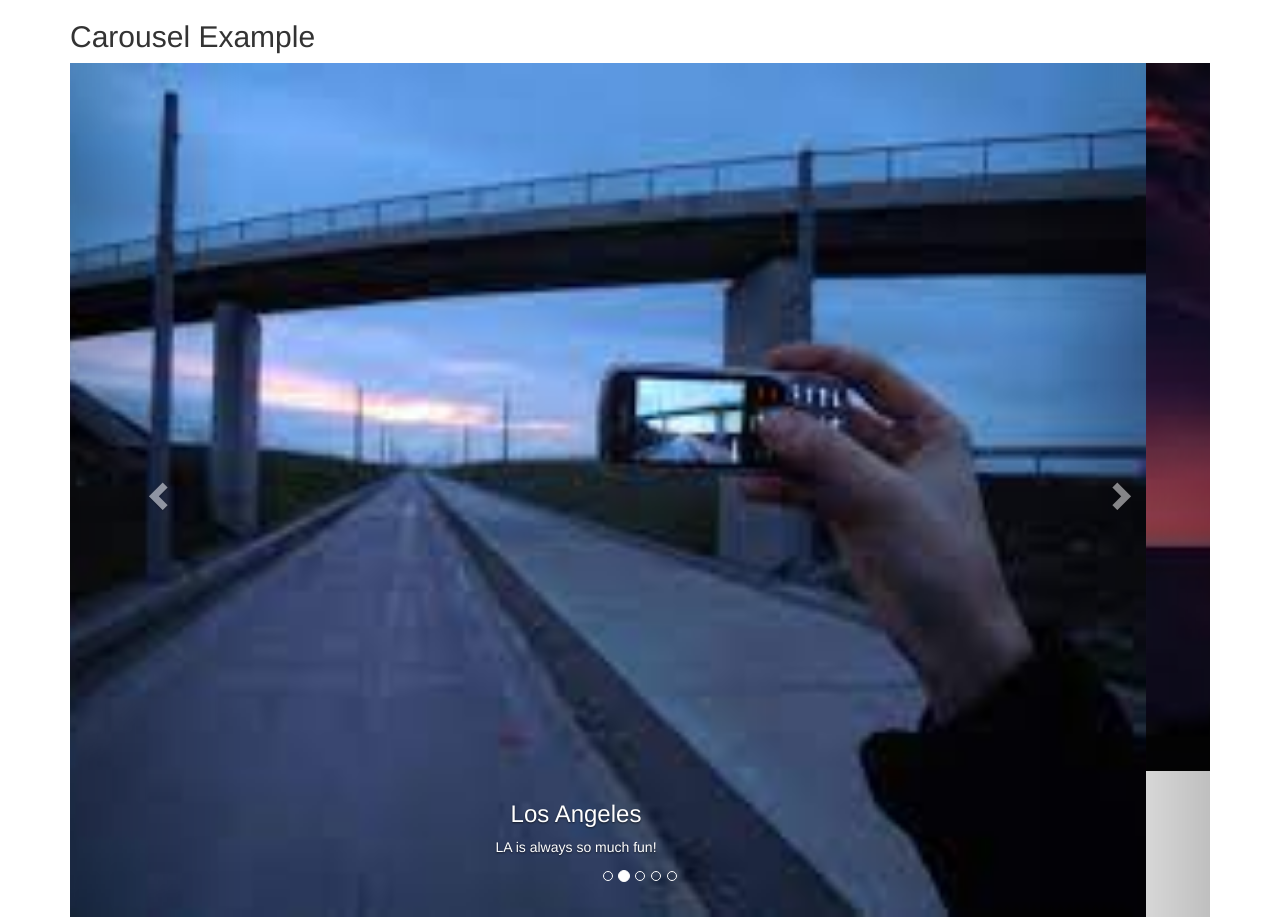
Repository: acciojob/bootstrap-carousel-vandanayadav15
Page: main.html
An editor plug-in stored every save of this project. The page is shown before and after the next save, followed by the edit.
The browser window is 1280 px wide. The pictures show the whole page.

Above is the page before, as saved 2022-10-28 13:46:28.

### main.html
<!DOCTYPE html>
<html lang="en">

<head>
	<title>Bootstrap Example</title>
	<meta charset="utf-8">
	<meta name="viewport" content="width=device-width, initial-scale=1">
	<link rel="stylesheet" href="https://maxcdn.bootstrapcdn.com/bootstrap/3.4.1/css/bootstrap.min.css">
	<script src="https://ajax.googleapis.com/ajax/libs/jquery/3.6.0/jquery.min.js"></script>
	<script src="https://maxcdn.bootstrapcdn.com/bootstrap/3.4.1/js/bootstrap.min.js"></script>
</head>

<body>

	<div class="container">
		<h2>Carousel Example</h2>
		<div id="myCarousel" class="carousel slide" data-ride="carousel">
			<!-- Indicators -->
			<ol class="carousel-indicators">
				<li data-target="#myCarousel" data-slide-to="0" class="active"></li>
				<li data-target="#myCarousel" data-slide-to="1"></li>
				<li data-target="#myCarousel" data-slide-to="2"></li>
				<li data-target="#myCarousel" data-slide-to="3"></li>
				<li data-target="#myCarousel" data-slide-to="4"></li>

			</ol>

			<!-- Wrapper for slides -->
			<div class="carousel-inner">

				<div class="first-slide item active">
					<img src="data:[embedded picture, 7255 characters]"
						alt="Los Angeles" style="width:100%;">
					<div class="carousel-caption">
						<h3>Los Angeles</h3>
						<p>LA is always so much fun!</p>
					</div>
				</div>

				<div class="second-slide item">
					<img src="data:[embedded picture, 7351 characters]"
						alt="Chicago" style="width:100%;">
					<div class="carousel-caption">
						<h3>Chicago</h3>
						<p>Thank you, Chicago!</p>
					</div>
				</div>

				<div class="third-slide item">
					<img src="data:[embedded picture, 5963 characters]"
						alt="New York" style="width:100%;">
					<div class="carousel-caption">
						<h3>New York</h3>
						<p>We love the Big Apple!</p>
					</div>
				</div>

				<div class="fourth-slide item">
					<img src="data:[embedded picture, 9751 characters]"
						alt="New York" style="width:100%;">
					<div class="carousel-caption">
						<h3>New York</h3>
						<p>We love the Big Apple!</p>
					</div>
				</div>

				<div class="fifth-slide item">
					<img src="data:[embedded picture, 8011 characters]"
						alt="New York" style="width:100%;">
					<div class="carousel-caption">
						<h3>New York</h3>
						<p>We love the Big Apple!</p>
					</div>
				</div>
			</div>

			<!-- Left and right controls -->
			<a class="left carousel-control" href="#myCarousel" data-slide="prev">
				<span class="glyphicon glyphicon-chevron-left"></span>
				<span class="sr-only">Previous</span>
			</a>
			<a class="right carousel-control" href="#myCarousel" data-slide="next">
				<span class="glyphicon glyphicon-chevron-right"></span>
				<span class="sr-only">Next</span>
			</a>
		</div>
	</div>

</body>

</html>

After the next save:
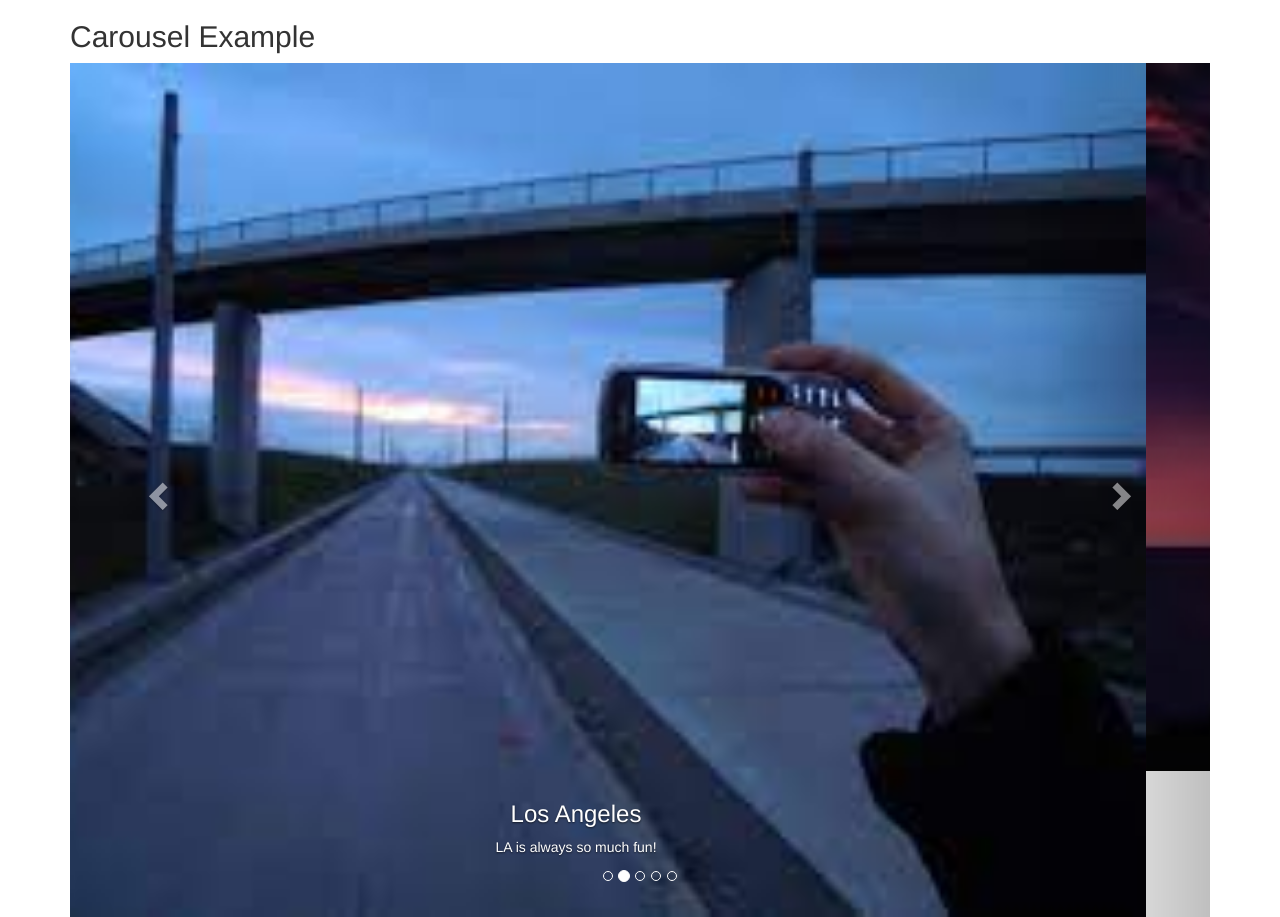
Saved 113 min 0 s later.
--- a/main.html
+++ b/main.html
@@ -75,7 +75,7 @@
 			</div>
 
 			<!-- Left and right controls -->
-			<a class="left carousel-control" href="#myCarousel" data-slide="prev">
+			<a class=".left carousel-control" href="#myCarousel" data-slide="prev">
 				<span class="glyphicon glyphicon-chevron-left"></span>
 				<span class="sr-only">Previous</span>
 			</a>
